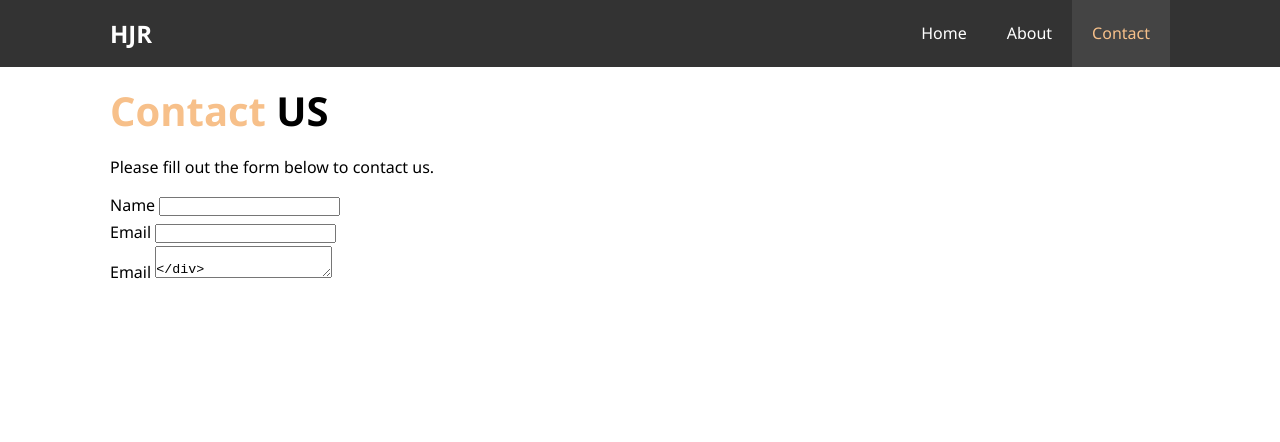
Repository: dimlutine/Hotel-Project
Page: contact.html
The author's editor kept a copy of each file at every save. The page is drawn from the files as they stood at one save, then again after the next save.
The browser window is 1280 px wide. The pictures show the whole page.
Some web libraries are served in a nearby version.

Above is the page before, as saved 2019-07-05 23:07:06.

### contact.html
<!DOCTYPE html>
<html lang="en">

<head>
    <meta charset="UTF-8">
    <meta name="viewport" content="width=device-width, initial-scale=1.0">
    <meta http-equiv="X-UA-Compatible" content="ie=edge">
    <meta name="description" content="Welcome to the neatest hotel in Durham, North Carolina!">
    <meta name="keywords" content="hotel,durham hotel, north carolina hotel, rdu hotel">
    <link rel="stylesheet" href="https://use.fontawesome.com/releases/v5.6.1/css/all.css" integrity="sha384-gfdkjb5BdAXd+lj+gudLWI+BXq4IuLW5IT+brZEZsLFm++aCMlF1V92rMkPaX4PP" crossorigin="anonymous">
    <link rel="stylesheet" href="css/style.css">
    <title>Hotel JR | Contact</title>
</head>

<body>
    <header>
        <nav id="navbar">
            <div class="container">
                <h1 class="logo"><a href="index.html">HJR</a></h1>
                <ul>
                    <li><a href="index.html">Home</a></li>
                    <li><a href="about.html">About</a></li>
                    <li><a class="current" href="contact.html">Contact</a></li>
                </ul>
            </div>

        </nav>

    </header>
    <section id="contact-form" class="py-3">
        <div class="container">
            <h1 class="l-heading">
                <span class="text-primary">Contact</span> US
            </h1>
            <p>Please fill out the form below to contact us.</p>
            <form action="process.php">
                <div class="form-group">
                    <label for="name">Name</label>
                    <input type="text" name="name" id="name">
                </div>
                <div class="form-group">
                    <label for="email">Email</label>
                    <input type="email" name="email" id="email">
                </div>
                <div class="form-group">
                    <label for="message">Email</label>
                    <textarea type="text" name="message" id="message">
                    </div>
            </form>
        </div>
    </section>
    <footer id="main-footer">
        <p>Hotel JR &copy; 2019 All Rights Reserved</p>
    </footer>
</body>

</html>

### css/style.css
* {
    padding: 0;
    margin: 0;
    box-sizing: border-box;
}

html,
body {
    font-family: 'Segoe UI', 'Segoe UI', Tahoma, Geneva, Verdana, sans-serif;
    line-height: 1.7em;
}

a {
    color: #333;
    text-decoration: none;
}

h1,
h2,
h3 {
    padding-bottom: 20px;
}

p {
    margin: 10px 0;
}


/* Utilities */

.container {
    margin: auto;
    max-width: 1100px;
    overflow: auto;
    padding: 0 20px;
}

.text-primary {
    color: #f7c08a;
}

.lead {
    font-size: 20px;
}

.btn {
    display: inline-block;
    font-size: 18px;
    color: #fff;
    background: #333;
    padding: 13px 20px;
    border: none;
    cursor: pointer;
}

.btn:hover {
    background: #f7c08a;
    color: #333;
}

.btn-light {
    background: #f4f4f4;
    color: #333;
}

.bg-dark {
    background: #333;
    color: #fff;
}

.bg-light {
    background: #f4f4f4;
    color: #333;
}

.bg-primary {
    background: #f7c08a;
    color: #333;
}

.clr {
    clear: both;
}

.l-heading {
    font-size: 40px;
}


/* Padding */

.py-1 {
    padding: 10px 0;
}

.py-2 {
    padding: 20px 0;
}

.py-3 {
    padding: 30px 0;
}

#navbar {
    background: #333;
    color: #fff;
    overflow: auto;
}

#navbar a {
    color: #fff;
}

#navbar h1 {
    float: left;
    padding-top: 20px;
}

#navbar ul {
    float: right;
    list-style: none;
}

#navbar ul li {
    float: left;
}

#navbar ul li a {
    display: block;
    padding: 20px;
    text-align: center;
}

#navbar ul li a:hover,
#navbar ul li a.current {
    background: #444;
    color: #f7c08a;
}


/* Showcase */

#showcase {
    background: url('../img/showcase.jpg') no-repeat center center/cover;
    height: 600px;
}

#showcase .showcase-content {
    color: #fff;
    text-align: center;
    padding-top: 170px;
}

#showcase .showcase-content h1 {
    font-size: 60px;
    line-height: 1.2em;
}

#showcase .showcase-content p {
    padding-bottom: 20px;
    line-height: 1.7em;
}


/* Home Info */

#home-info {
    height: 400px;
}

#home-info .info-img {
    float: left;
    width: 50%;
    background: url('../img/photo-1.jpg') no-repeat;
    min-height: 100%;
}

#home-info .info-content {
    float: right;
    width: 50%;
    height: 100%;
    text-align: center;
    padding: 50px 30px;
    overflow: hidden;
}

#home-info .info-content p {
    padding-bottom: 30px;
}


/*Features*/

.box {
    float: left;
    width: 33.3%;
    padding: 50px;
    text-align: center;
}

.box i {
    margin-bottom: 10px;
}


/* About Info*/

#about-info .info-right {
    float: right;
    width: 50%;
    min-height: 100%;
}

#about-info .info-right img {
    width: 70%;
    display: block;
    margin: auto;
    border-radius: 50%;
}

#about-info .info-left {
    float: left;
    width: 50%;
    min-height: 100%;
}


/* Testimonials */

#testimonials h2 {
    color: #fff;
    text-align: center;
    padding-bottom: 40px;
}

#testimonials {
    height: 600px;
    background: url('../img/test-bg.jpg') no-repeat center center/cover;
    padding-top: 100px;
}

#testimonials .testimonial {
    padding: 20px;
    margin-bottom: 40px;
    border-radius: 5px;
    opacity: .85;
}

#testimonials .testimonial img {
    width: 100px;
    float: left;
    margin-right: 20px;
    border-radius: 50%;
}


/* Footer */

#main-footer {
    text-align: center;
    background: #444;
    color: #fff;
    padding: 20px;
}

After the next save:
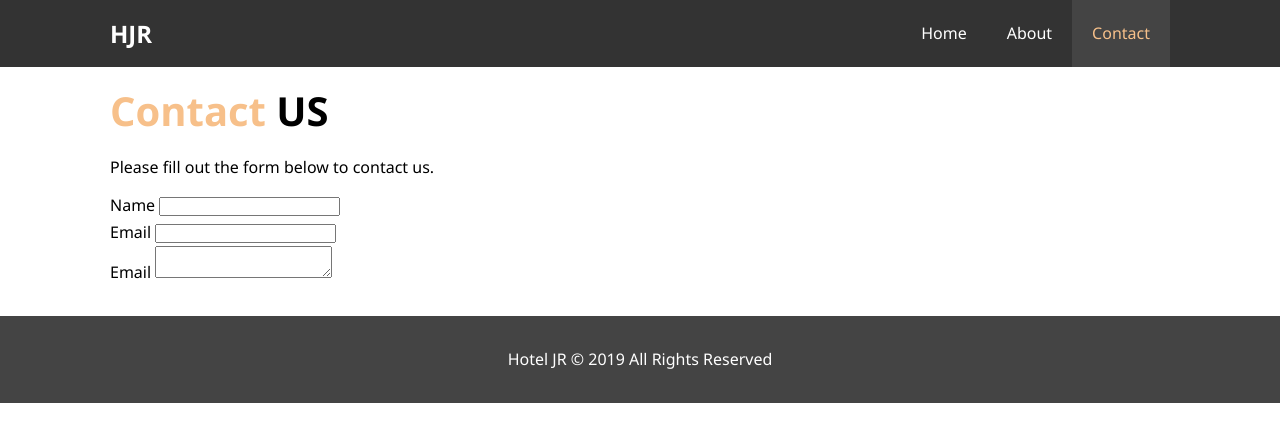
Saved 8 s later.
--- a/contact.html
+++ b/contact.html
@@ -44,8 +44,8 @@
                 </div>
                 <div class="form-group">
                     <label for="message">Email</label>
-                    <textarea type="text" name="message" id="message">
-                    </div>
+                    <textarea type="text" name="message" id="message"></textarea>
+                </div>
             </form>
         </div>
     </section>
